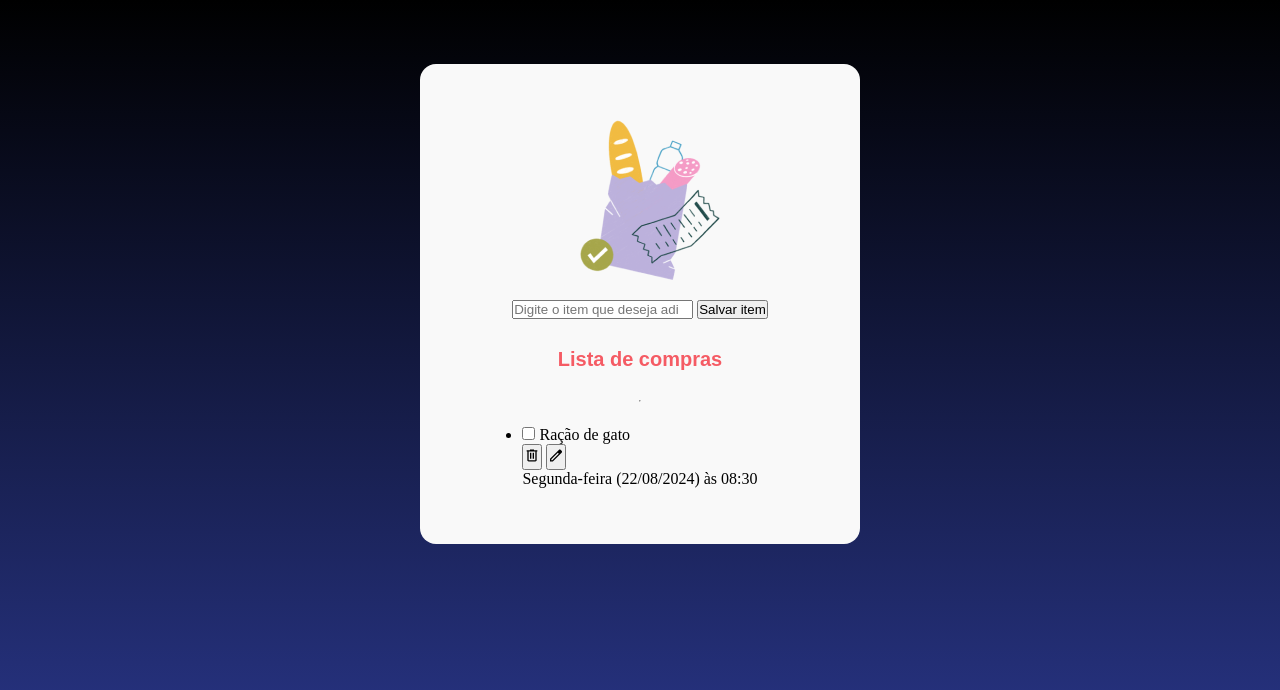
Repository: joaoPraiaJunior/compras_js
Page: index.html
These files come from the project's save history. The page is drawn as it stood at one moment and after the next save; the edit follows.
The browser window is 1280 px wide. The pictures show the whole page.
Some web fonts or font styles are not loaded; a fallback is used.

Above is the page before, as saved 2024-08-22 19:58:34.

After the next save:
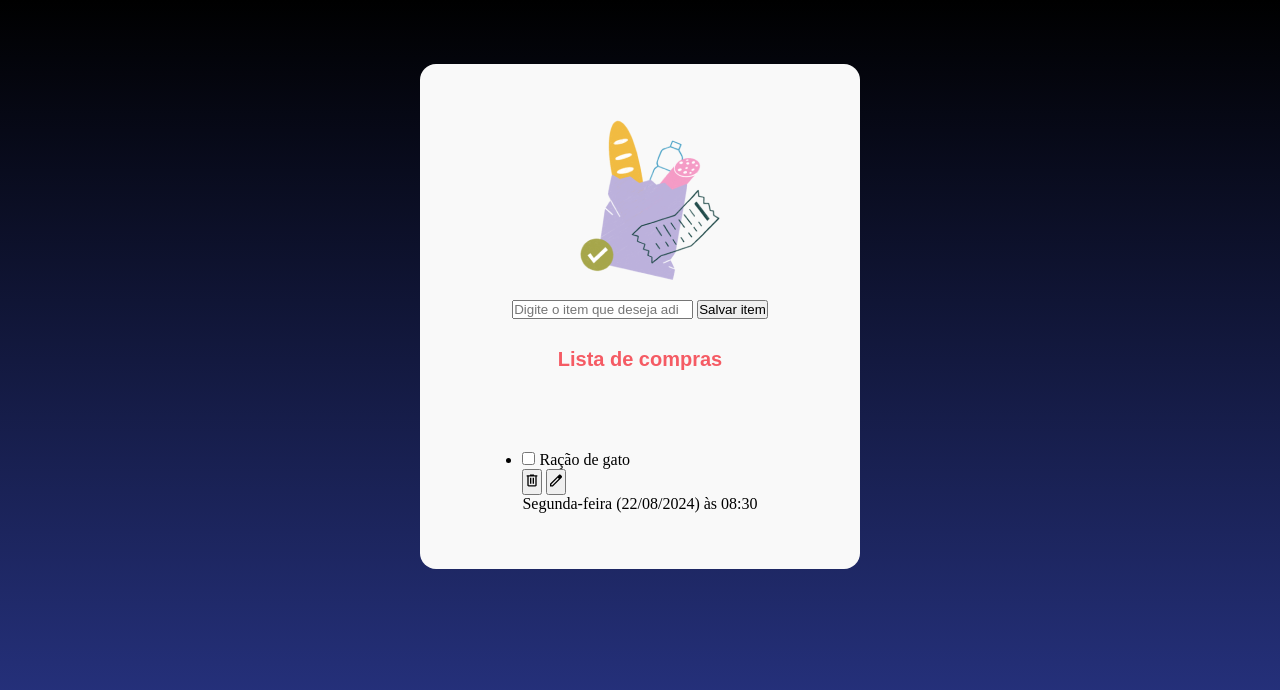
Saved 78 s later.
--- a/css/styles.css
+++ b/css/styles.css
@@ -55,3 +55,9 @@ h1 {
     color: var(--cor-primaria);
     line-height: 3.3rem;
 }
+
+hr {
+    border: none;
+    border-bottom: .3rem dotted var(--cor-primaria);
+    margin-bottom: 2.4rem;
+}
